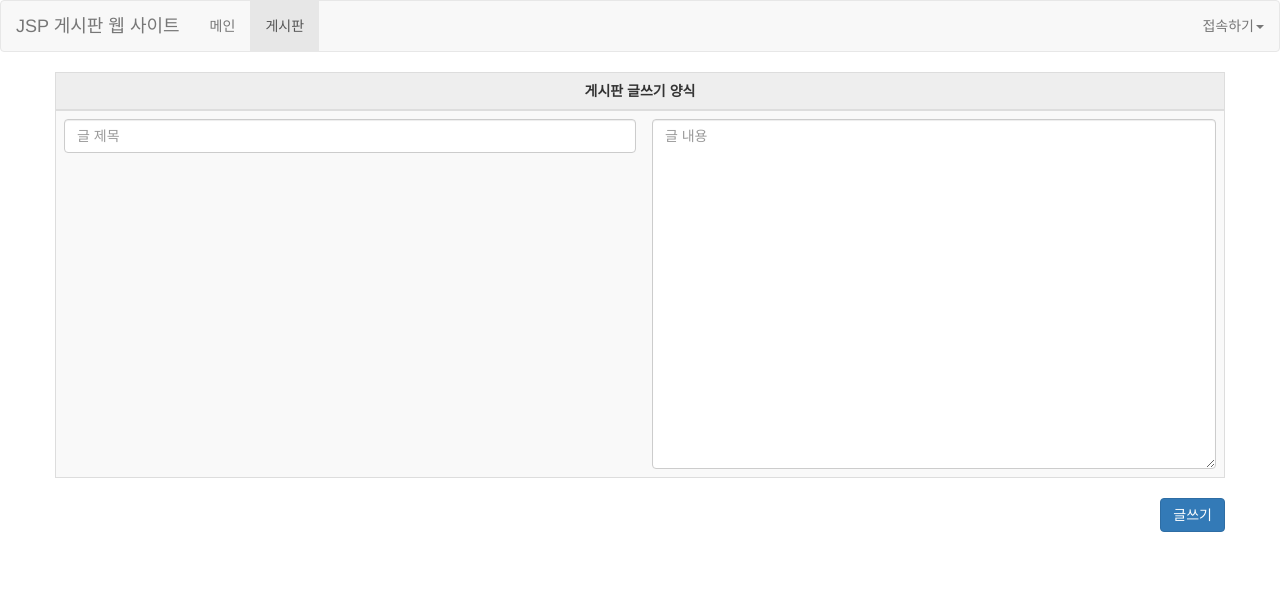
Repository: hseob04/jsp_bbs
Page: http://localhost/BBS/write.jsp
These files come from the project's save history. The page is drawn as it stood at one moment and after the next save; the edit follows.
The browser window is 1280 px wide. The pictures show the whole page.
Some web libraries are served in a nearby version. The page is served by Tomcat 9. Other server files are loaded and not shown.

Above is the page before, as saved 2021-03-22 14:53:07.

### JSP/projects/BBS/src/main/webapp/write.jsp
<%@ page language="java" contentType="text/html; charset=UTF-8"
    pageEncoding="UTF-8"%>
<%@ page import="java.io.PrintWriter" %>
<!DOCTYPE html>
<html>
<head>
<meta http-equiv="Content-Type" content="text/html; charset=UTF-8">
<meta name="viewport" content="width=device-width", initail-scale="1">
<link rel="stylesheet" href="css/bootstrap.css">
<title>JSP 게시판 웹 사이트</title>
</head>
<body>
	<%
		String userID = null;
		if(session.getAttribute("userID") != null) {
			userID = (String) session.getAttribute("userID");
		}
	%>
	<nav class="navbar navbar-default">
		<div class="navbar-header">
			<button type="button" class="navbar-toggle collapsed"
				data-toggle="collapse" data-target="#bs-example-navbar-collapse-1"
				aria-expanded="false">
				<span class="icon-bar"></span>
				<span class="icon-bar"></span>
				<span class="icon-bar"></span>
			</button>
			<a class="navbar-brand" href="main.jsp">JSP 게시판 웹 사이트</a>
		</div>
		<div class="collapse navbar-collapse" id="bs-example-navbar-collapse-1">
			<ul class="nav navbar-nav">
				<li><a href="main.jsp">메인</a></li>
				<li class="active"><a href="bbs.jsp">게시판</a></li>
			</ul>
			<%
				if(userID == null){
					%>

					<ul class="nav navbar-nav navbar-right">
				<li class="dropdown">
					<a href="#" class="dropdown-toggle"
						data-toggle="dropdown" role="button" aria-haspopup="true"
						aria-expanded="false">접속하기<span class="caret"></span></a>
					<ul class="dropdown-menu">
						<li><a href="login.jsp">로그인</a></li>
						<li><a href="join.jsp">회원가입</a></li>
					</ul>
				</li>
			</ul>


			<%
				}else {

			%>

			<ul class="nav navbar-nav navbar-right">
				<li class="dropdown">
					<a href="#" class="dropdown-toggle"
						data-toggle="dropdown" role="button" aria-haspopup="true"
						aria-expanded="false">회원관리<span class="caret"></span></a>
					<ul class="dropdown-menu">
						<li><a href="logoutAction.jsp">로그아웃</a></li>
					</ul>
				</li>
			</ul>



			<%

				}
			%>
		</div>
	</nav>
	<div class="container">
		<div class="row">
			<table class="table table-striped" style="text-align: center; border: 1px solid #dddddd">
				<thead>
					<tr>
						<th colspan="2" style="background-color: #eeeeee; text-align: center;">게시판 글쓰기 양식</th>
					</tr>
				</thead>
				<tbody>
					<tr>
						<td><input type="text" class="form-control" placeholder="글 제목" name="bbsTitle" maxlength="50"></td>
						<td><textarea type="text" class="form-control" placeholder="글 내용" name="bbsContent" maxlength="2048" style="height: 350px;"></textarea></td>

					</tr>
				</tbody>
			</table>
			<a href="write.jsp" class="btn btn-primary pull-right">글쓰기</a>
		</div>
	</div>
	<script src="https://code.jquery.com/jquery-3.1.1.min.js"></script>
	<script src="js/bootstrap.js"></script>
</body>
</html>

Loaded but not shown: JSP/projects/BBS/src/main/webapp/css/bootstrap.css (library); JSP/projects/BBS/src/main/webapp/js/bootstrap.js (library)

After the next save:
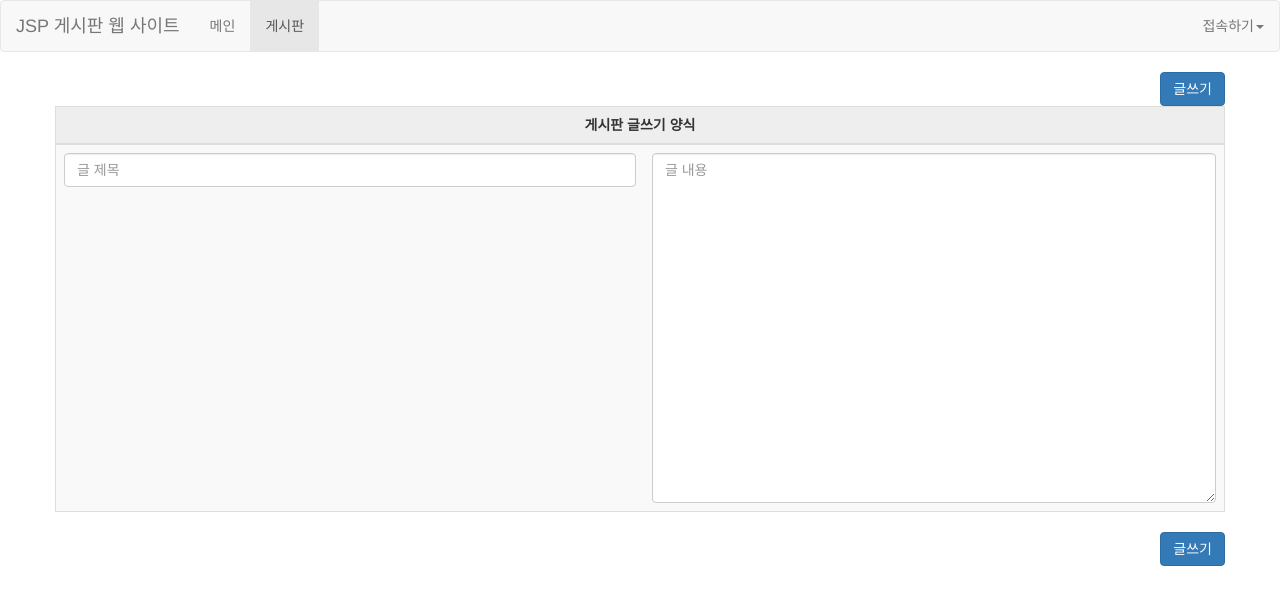
Saved 50 s later.
--- a/JSP/projects/BBS/src/main/webapp/write.jsp
+++ b/JSP/projects/BBS/src/main/webapp/write.jsp
@@ -88,6 +88,7 @@
 
 					</tr>
 				</tbody>
+			<input type="submit" class="btn btn-primary pull-right" value="글쓰기">
 			</table>
 			<a href="write.jsp" class="btn btn-primary pull-right">글쓰기</a>
 		</div>
